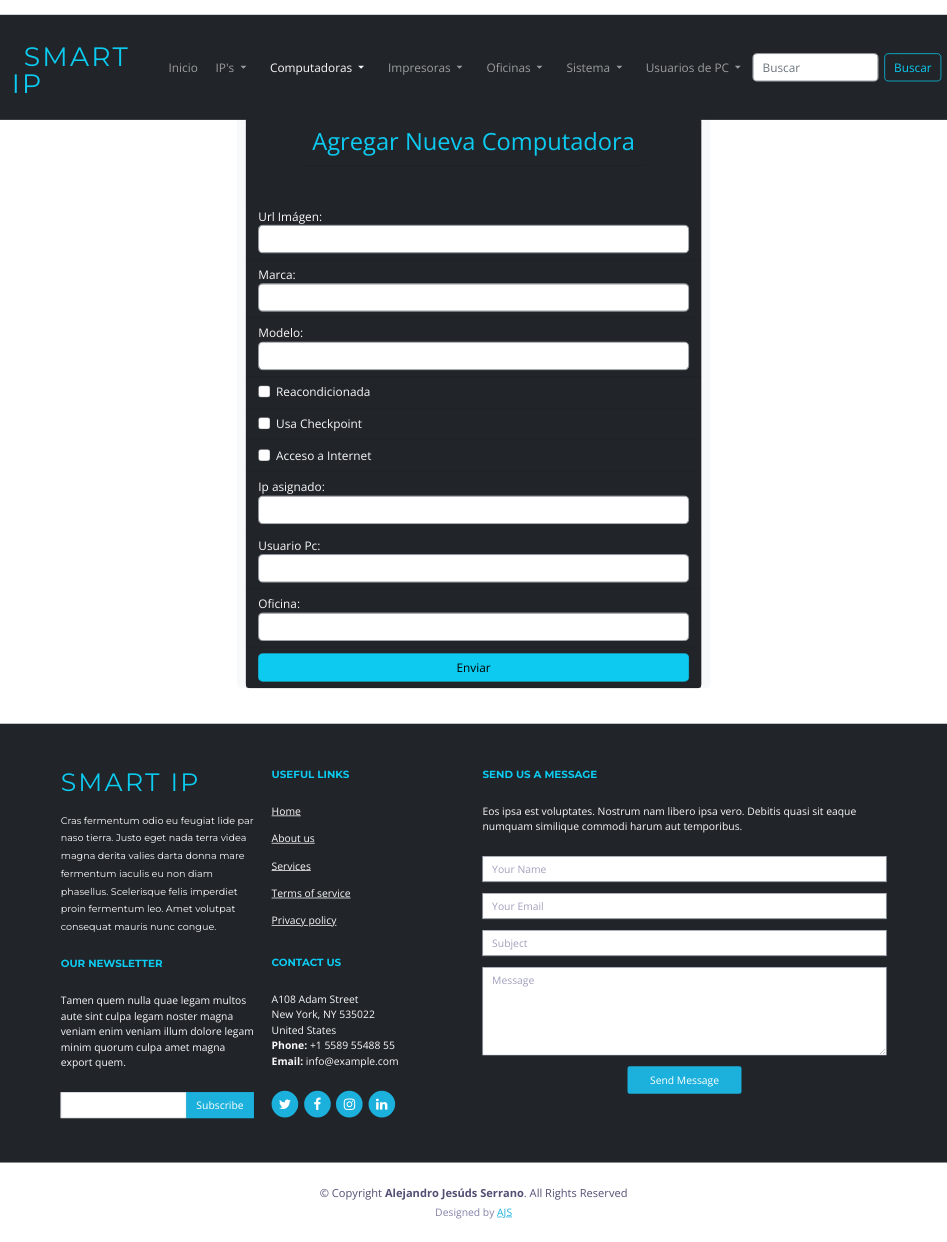
Repository: AlejandroJesusSerrano/SmartIPs
Page: smartip/smartipnav/templates/smartipnav/computer_form.html
These files come from the project's save history. The page is drawn as it stood at one moment and after the next save; the edit follows.
The browser window is 1280 px wide. The pictures show the whole page, at 74% of full size.
The page is served by the project's application, run on Django 4.2 (smartip/manage.py). The template is opened directly, without the code that normally fills it, so the values that code supplies are empty.

Above is the page before, as saved 2022-11-14 13:24:20.

After the next save:
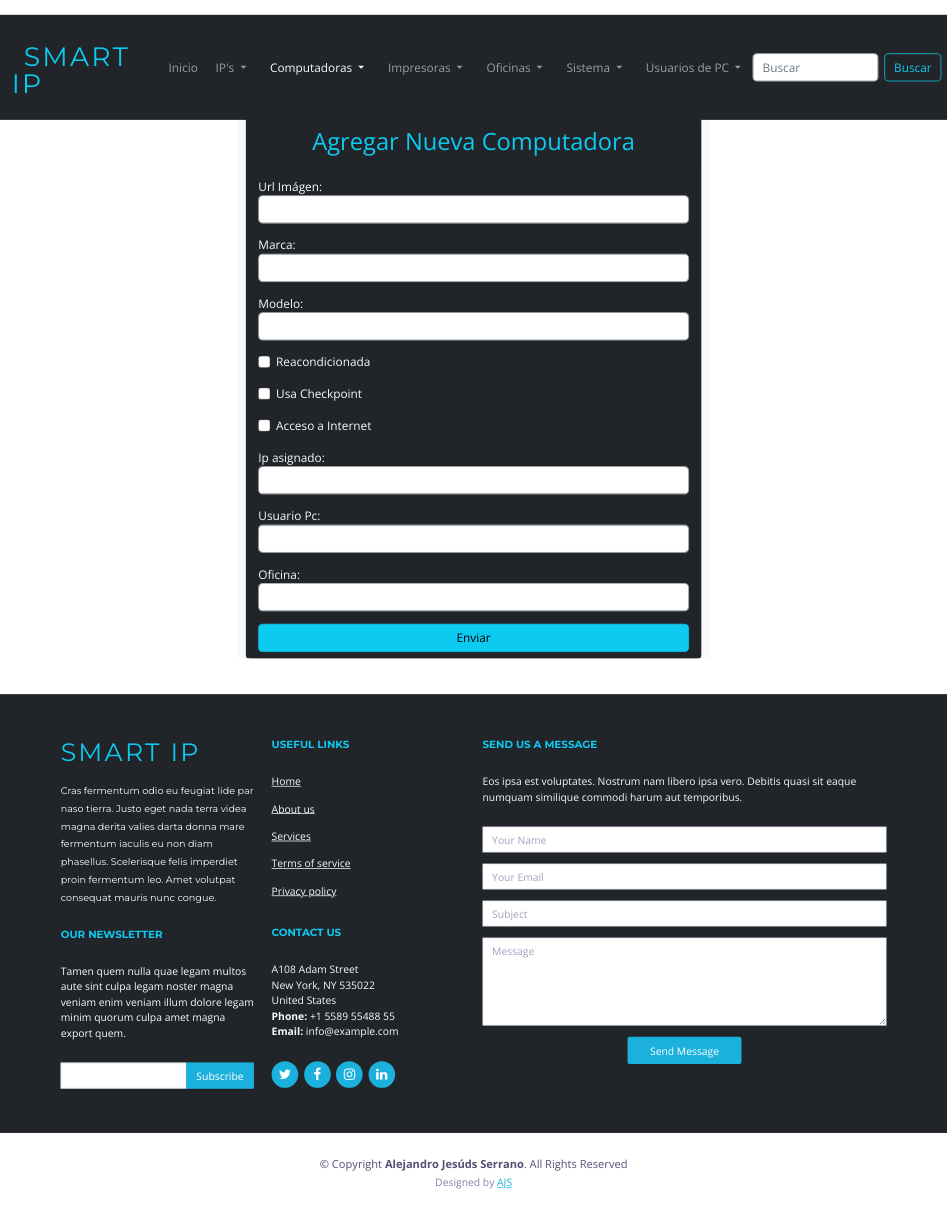
Saved 52 s later.
--- a/smartip/smartipnav/templates/smartipnav/computer_form.html
+++ b/smartip/smartipnav/templates/smartipnav/computer_form.html
@@ -11,7 +11,7 @@
             <div class="card-header bg-dark text-info mx-auto">
                 <p class="fs-2 my-0">Agregar Nueva Computadora</p>
             </div>
-            <form id=computer_add_form action="" method="post" class="mt-5">
+            <form id=computer_add_form action="" method="post" class="mt-2">
                 {% csrf_token %}
                 <ul class="list-group list-group-flush">
                     <li class="list-group-item bg-dark">
